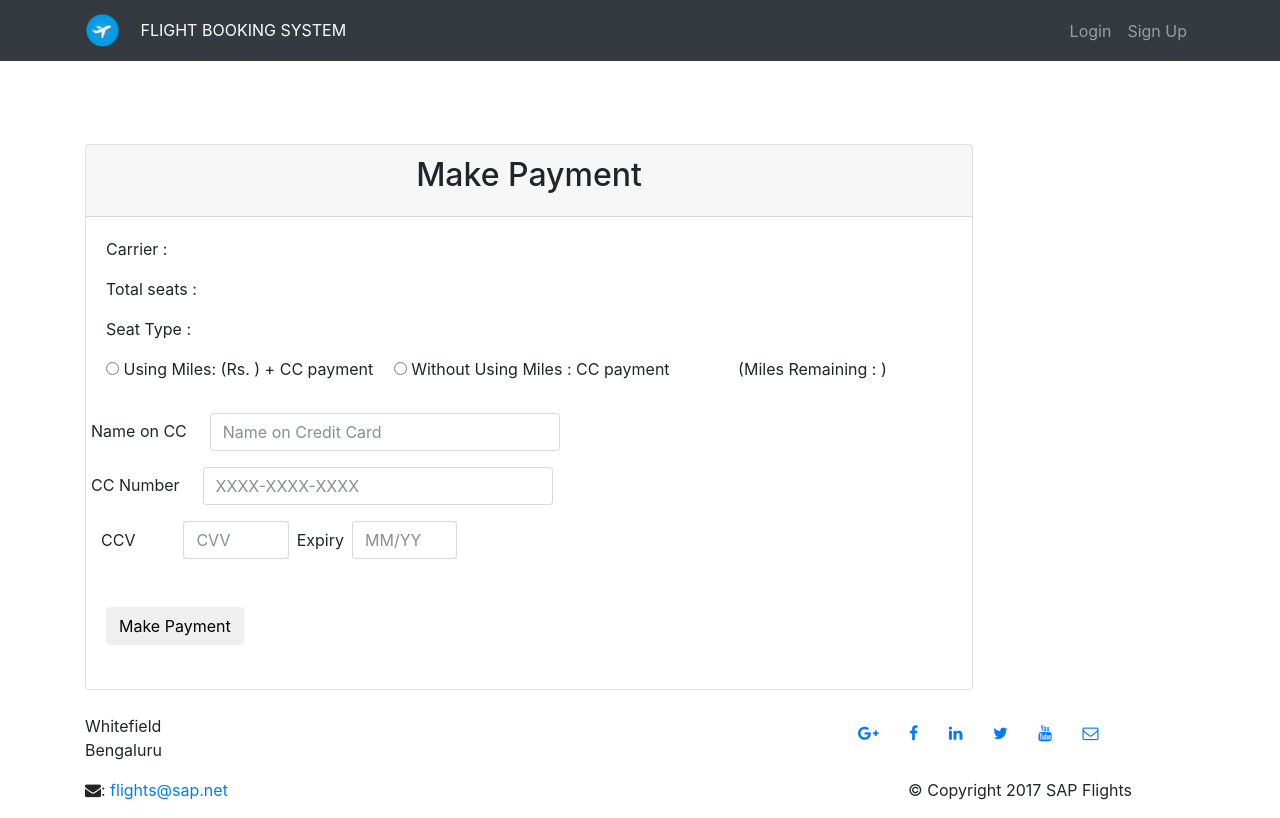
Repository: yashtatia/Spring-Practice
Page: http://localhost/FitnessTracker/WEB-INF/jsp/makePayment.jsp
The author's editor kept a copy of each file at every save. The page is drawn from the files as they stood at one save, then again after a run of saves.
The browser window is 1280 px wide. The pictures show the whole page.
Some web libraries are served in a nearby version. The page is served by Tomcat 9. Nobody is signed in. The template is opened directly, without the code that normally fills it, so the values that code supplies are empty.

Above is the page before, as saved 2017-09-06 07:44:13.
Console error: SyntaxError: Unexpected token ';'

After the next 3 saves:
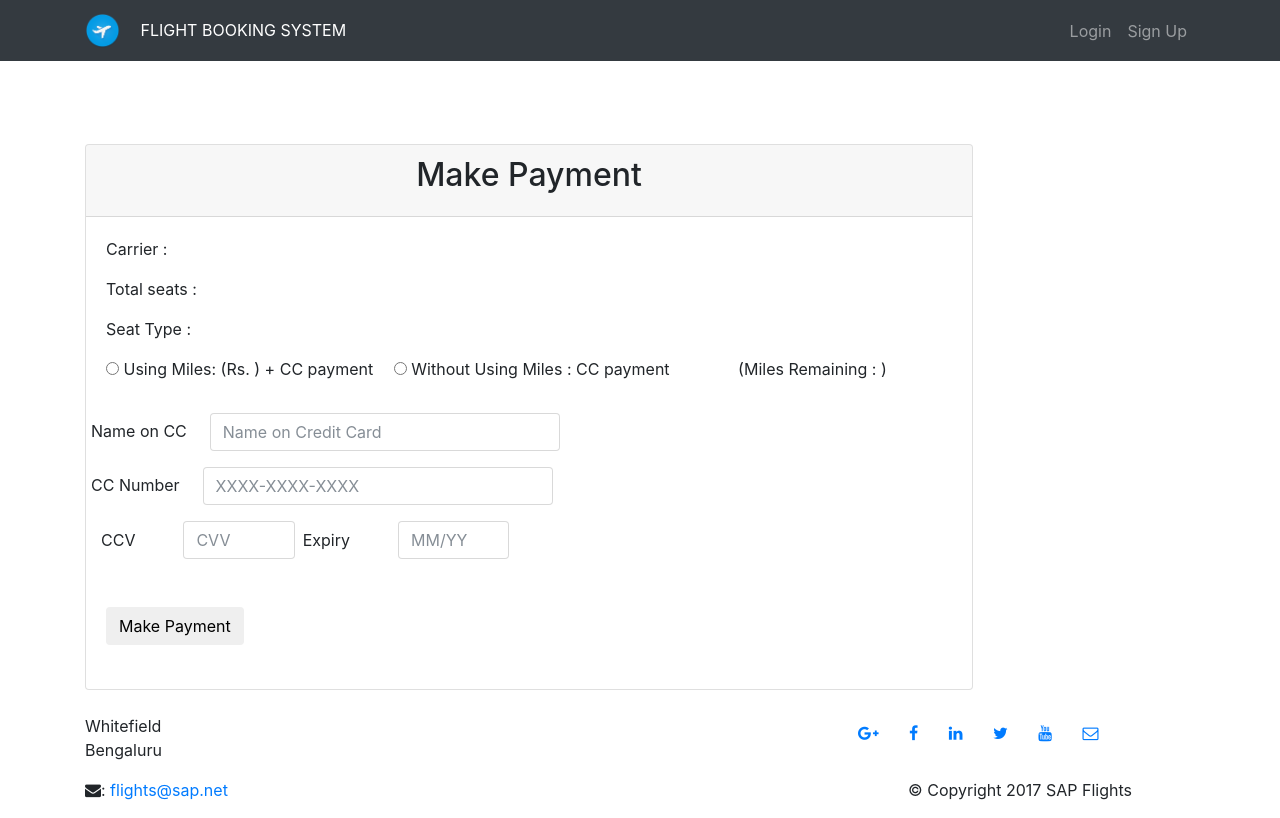
The 3 saves are shown as one change because 2 did not build or start.
The last was saved 76 s later.
--- a/FitnessTracker/src/main/webapp/WEB-INF/jsp/makePayment.jsp
+++ b/FitnessTracker/src/main/webapp/WEB-INF/jsp/makePayment.jsp
@@ -19,7 +19,7 @@
 						<p>Total seats : ${flightSelected.seats}</p>
 						<p>Seat Type : ${flightSelected.seat_class}</p>
 
-						<form:form commandName="payment" class="form-horizontal" method="POST">
+						<form:form commandName="payment" class="form-horizontal" style="padding-left: 20 px;" method="POST">
 
 							  <label class="radio-inline" >
 							    <form:radiobutton path="payment_choice" name="payment_choice" value="1" />
@@ -55,7 +55,7 @@
 									<div class="form-inline">
 										<label class="mr-sm-5 mb-0" for="cvv">CCV</label>
 											<form:input path="cc_cvv" type="password" name="cc_cvv" id="cc_cvv" placeholder="CVV" class="form-control mr-sm-2 mb-2 mb-sm-0"  style="max-width: 15%" />
-									<label class="mr-sm-2 mb-0" for="last_name">Expiry</label>
+									<label class="mr-sm-5 mb-0" for="last_name">Expiry</label>
 											<form:input path="cc_expiry"  type="text" class="form-control mr-sm-2 mb-2 mb-sm-0" name="cc_expiry" id="cc_expiry" style="max-width: 15%" placeholder="MM/YY"/>
 									</div>
 							</div>
